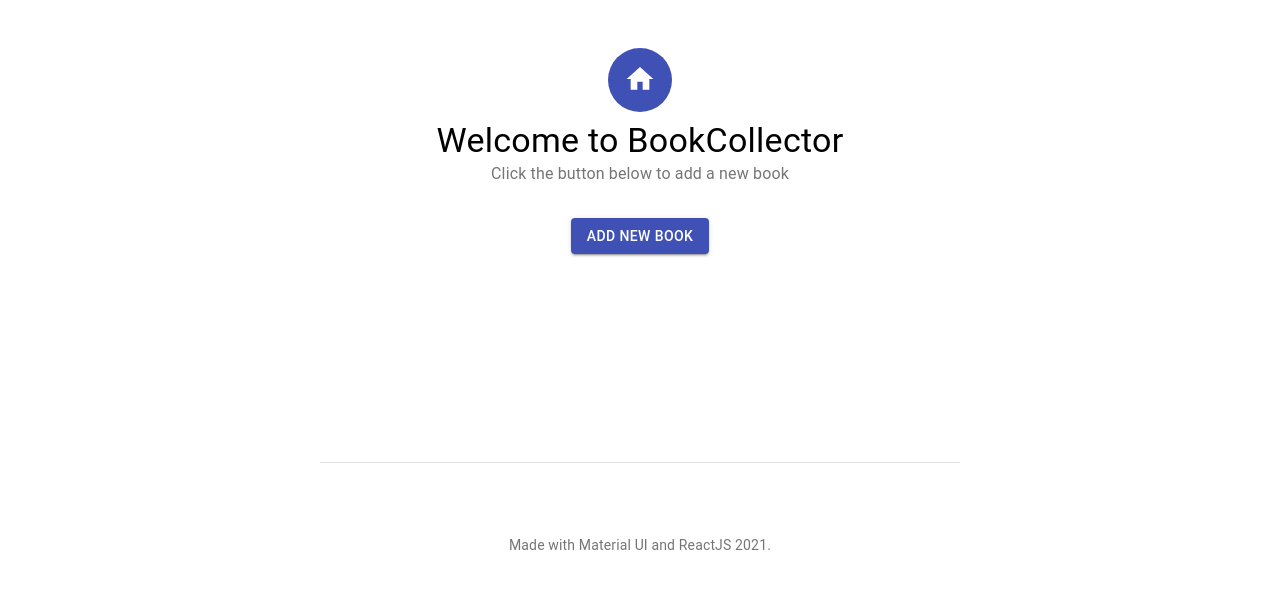
Repository: Colo-Codes/mini-project-react-book-collector
Page: /
An editor plug-in stored every save of this project. The page is shown before and after the next save, followed by the edit.
The browser window is 1280 px wide. The pictures show the whole page.
The project was rebuilt for these pictures with package versions that can differ from the ones it lists, and the page was loaded fresh each time. Also part of the build but not shown: src/UI/ErrorDialog.js, src/Books/AddBookForm.js, src/Books/BooksGridItem.js.

Above is the page before, as saved 2021-08-25 16:12:26.

### src/App.js
import React, { useState } from 'react';

import { Box, Button, Divider, makeStyles } from '@material-ui/core';
import { Home } from '@material-ui/icons';

import Copyright from './UI/Copyright';
import Header from './UI/Header';
import AddBookForm from './Books/AddBookForm';
import BooksGrid from './Books/BooksGrid';

const useStyles = makeStyles(theme => ({
  paper: {
    marginTop: theme.spacing(5),
    display: 'flex',
    flexDirection: 'column',
    alignItems: 'center',
  },
  icon: {
    color: 'white',
    width: theme.spacing(4),
    height: theme.spacing(4),
  },
  button: {
    marginTop: theme.spacing(4),
    marginBottom: theme.spacing(22),
  },
  footer: {
    marginV: theme.spacing(4),
  },
  divider: {
    width: '50%',
    margin: '2rem auto',
  }
}));

function App() {
  const [showAddBookForm, setShowAddBookForm] = useState(false);
  const [bookList, setBookList] = useState('');

  const classes = useStyles();

  const addNewBookHandler = () => {
    setShowAddBookForm(true);
  }

  const hideFormHandler = () => {
    setShowAddBookForm(false);
  }

  // 'Lifting state up' function
  const newBookHandler = newBook => {
    setBookList(prevBook => [...prevBook, newBook]);
  }

  // 'Lifting state up' function
  const deleteBookHandler = bookId => {
    setBookList(prevBook => prevBook.filter(book => book.id !== bookId));
  }

  return (
    <React.Fragment>
      <header className={classes.paper}>
        {showAddBookForm && <AddBookForm onNewBook={newBookHandler} onHideForm={hideFormHandler} />} {/* Conditional Rendering */}
        {!showAddBookForm && <Header headerIcon={<Home className={classes.icon} />} headerContent={'Welcome to BookCollector'} textContent={'Click the button below to add a new book'} />} {/* Conditional Rendering */}
        {!showAddBookForm && <Button variant="contained" color="primary" onClick={addNewBookHandler} className={classes.button} >Add new book</Button>} {/* Conditional Rendering */}
      </header>
      <Divider className={classes.divider} variant="middle" />
      <main>
        <BooksGrid bookList={bookList} onDeleteBook={deleteBookHandler} />
      </main>
      <footer>
        <Box my={8}><Copyright /></Box>
      </footer>
    </React.Fragment>
  );
}

export default App;

### src/UI/Copyright.js
import { Typography } from "@material-ui/core";
import { Link } from "@material-ui/core";

function Copyright() {
    return (
        <Typography variant="body2" color="textSecondary" align="center">
            {'Made with '}
            <Link color="inherit" href="https://material-ui.com/" target="_blank">
                Material UI
            </Link>{' and '}
            <Link color="inherit" href="https://reactjs.org/" target="_blank">
                ReactJS
            </Link>{' '}
            {new Date().getFullYear()}
            {'.'}
        </Typography>
    );
}

export default Copyright;

### src/UI/Header.js
import { Avatar, Typography, makeStyles } from "@material-ui/core";

const useStyles = makeStyles(theme => ({
    paper: {
        display: 'flex',
        flexDirection: 'column',
        alignItems: 'center',
    },
    avatar: {
        margin: theme.spacing(1),
        width: theme.spacing(8),
        height: theme.spacing(8),
        backgroundColor: theme.palette.primary.main,
    },
    lightGray: {
        color: theme.palette.text.secondary,
    },
}));

const Header = props => {
    const classes = useStyles();

    return (
        <div className={classes.paper}>
            <Avatar className={classes.avatar}>
                <div className={classes.icon}>{props.headerIcon}</div>
            </Avatar>
            <Typography variant="h4" component="h2">{props.headerContent}</Typography>
            <Typography variant="body1" className={classes.lightGray}>{props.textContent}</Typography>
        </div>
    );
}

export default Header;

### src/Books/BooksGrid.js
import { Container, Grid } from '@material-ui/core';

import BooksGridItem from './BooksGridItem';

const BooksGrid = props => {

    return (
        <Container>
            <Grid container spacing={3} direction="row"
                justifyContent="center"
                alignItems="stretch">
                {props.bookList.length > 0 && props.bookList.map(bookItem =>
                    <BooksGridItem key={bookItem.id} id={bookItem.id} title={bookItem.title} author={bookItem.author} onDelete={props.onDeleteBook} />
                )}
            </Grid>
        </Container>
    );
}

export default BooksGrid;

Loaded but not shown: public/index.html (common file); src/index.js (common file); src/index.css (common file)

After the next save:
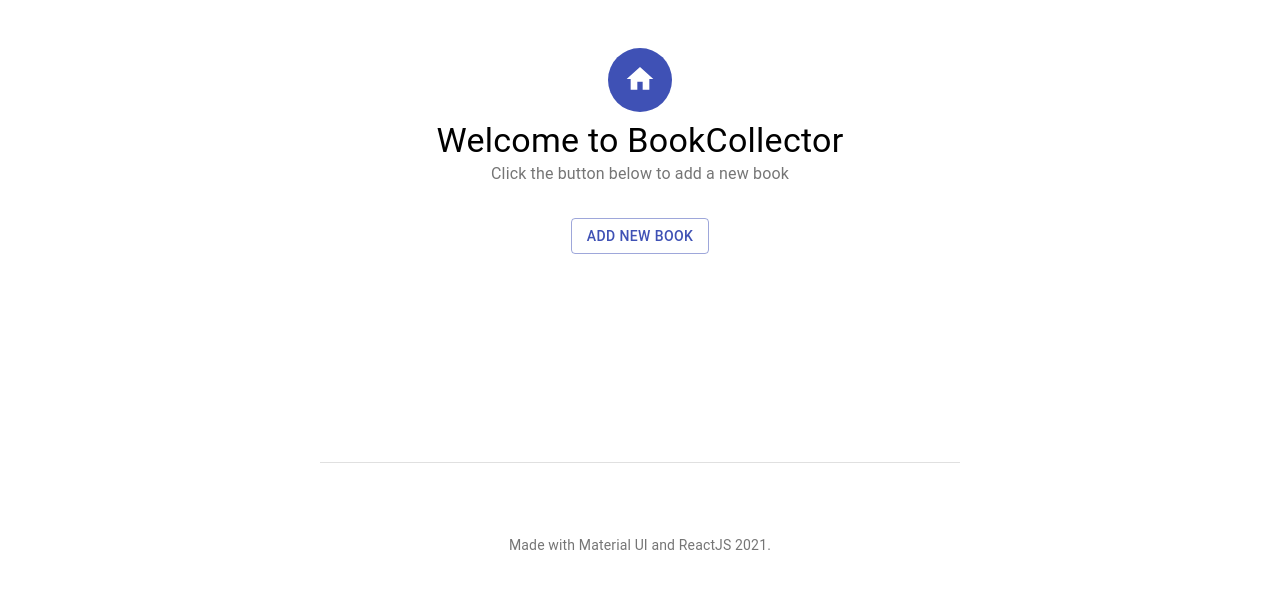
Saved 82 min 31 s later.
--- a/src/App.js
+++ b/src/App.js
@@ -62,7 +62,7 @@ function App() {
       <header className={classes.paper}>
         {showAddBookForm && <AddBookForm onNewBook={newBookHandler} onHideForm={hideFormHandler} />} {/* Conditional Rendering */}
         {!showAddBookForm && <Header headerIcon={<Home className={classes.icon} />} headerContent={'Welcome to BookCollector'} textContent={'Click the button below to add a new book'} />} {/* Conditional Rendering */}
-        {!showAddBookForm && <Button variant="contained" color="primary" onClick={addNewBookHandler} className={classes.button} >Add new book</Button>} {/* Conditional Rendering */}
+        {!showAddBookForm && <Button variant="outlined" color="primary" onClick={addNewBookHandler} className={classes.button} >Add new book</Button>} {/* Conditional Rendering */}
       </header>
       <Divider className={classes.divider} variant="middle" />
       <main>
